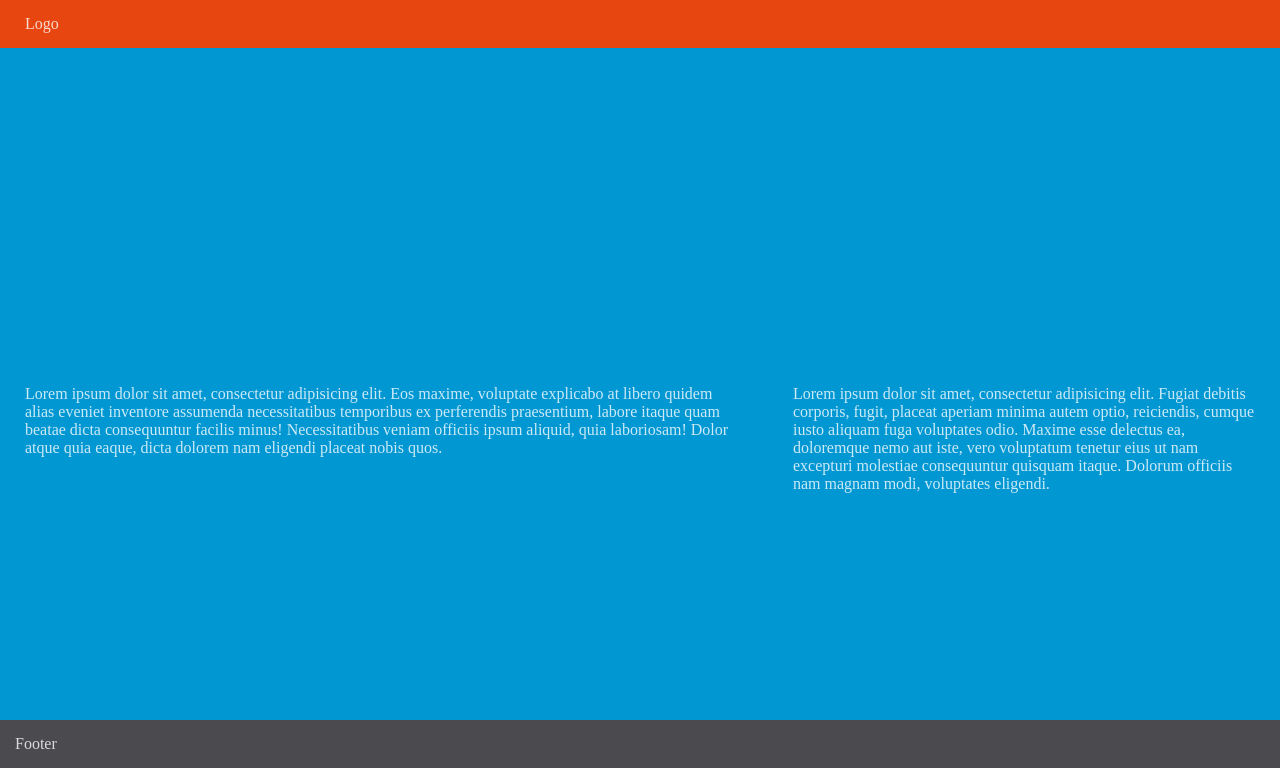
Repository: Leannald13/Another-website-attempt
Page: index.html
The author's editor kept a record of every edit. The page is drawn from the files as they stood at one moment, then again after the next edit.
The browser window is 1280 px wide. The pictures show the whole page.

Above is the page before.

### index.html
<!DOCTYPE html>
<html lang="en">
<head>
    <meta charset="UTF-8">
    <meta name="viewport" content="width=device-width, initial-scale=1.0">
    <meta http-equiv="X-UA-Compatible" content="ie=edge">
    <link rel="stylesheet" href="main.css" type="text/css" />
    <title>Document</title>
</head>
<body>
    <main class="main">
    <header class="header">
        <div class="logo">Logo</div>
        </header>
    <section class="section">
    <div class="vcenter">
        <article class="article column column-60">
        <p class="section-paragraph">
          Lorem ipsum dolor sit amet, consectetur adipisicing elit. Eos maxime, voluptate explicabo at libero quidem alias eveniet inventore assumenda necessitatibus temporibus ex perferendis praesentium, labore itaque quam beatae dicta consequuntur facilis minus! Necessitatibus veniam officiis ipsum aliquid, quia laboriosam! Dolor atque quia eaque, dicta dolorem nam eligendi placeat nobis quos.
        </p>
        </article>
    <aside class="aside column column-40">
        <p class="section-paragraph">
        Lorem ipsum dolor sit amet, consectetur adipisicing elit. Fugiat debitis corporis, fugit, placeat aperiam minima autem optio, reiciendis, cumque iusto aliquam fuga voluptates odio. Maxime esse delectus ea, doloremque nemo aut iste, vero voluptatum tenetur eius ut nam excepturi molestiae consequuntur quisquam itaque. Dolorum officiis nam magnam modi, voluptates eligendi.
        </p>
    </aside>

    </div>
    </section>
     <footer class="footer">
         Footer
     </footer>
    </main>
</body>
</html>

### main.css
body, html {
    height: 100%;
    margin: 0;
    color: rgba(255, 255, 255, .8);
}

.header {
    position: fixed;
    top: 0;
    left: 0;
    right: 0;
    background-color: #e84610;
    padding: 15px 25px;
}

.main {
    height: 100%;
}

.section {
    background-color: #0097d3;
    height: 100%;
}

.vcenter {
    position: relative;
    top: 50%;
    transform: translateY(-50%);
}


.section-paragraph {
    font-size: 1em;
    margin: 25px;
}

.footer {
    background-color: #4a4a4f;
    padding: 15px;
}

.column {
    float: left;
}

@media (min-width: 768px) {
    .column-60 {
        width: 60%;
    }
    .column-40 {
        width: 40%;
    }
}

After the next edit:
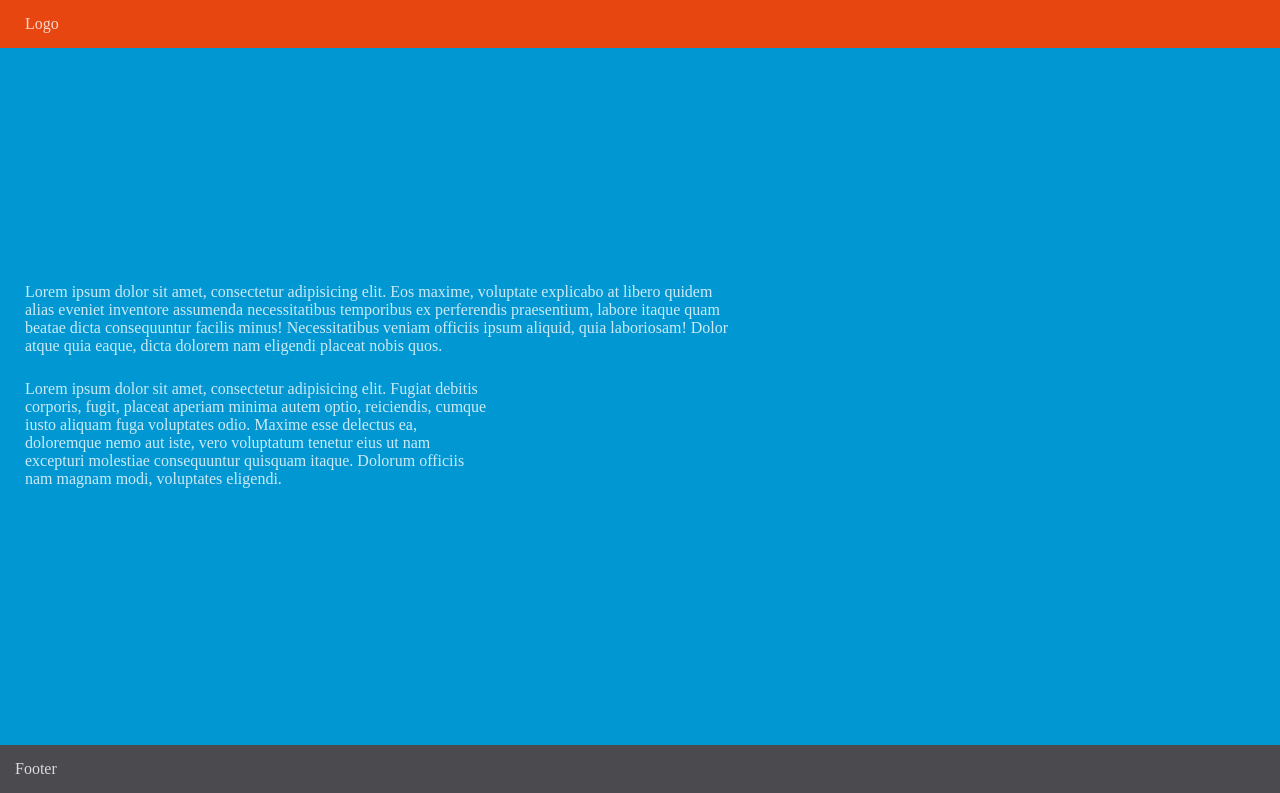
The edit:
--- a/main.css
+++ b/main.css
@@ -37,13 +37,12 @@
 .footer {
     background-color: #4a4a4f;
     padding: 15px;
+
 }
 
-.column {
-    float: left;
-}
+@media (min-width: 768px)
 
-@media (min-width: 768px) {
+    {
     .column-60 {
         width: 60%;
     }
